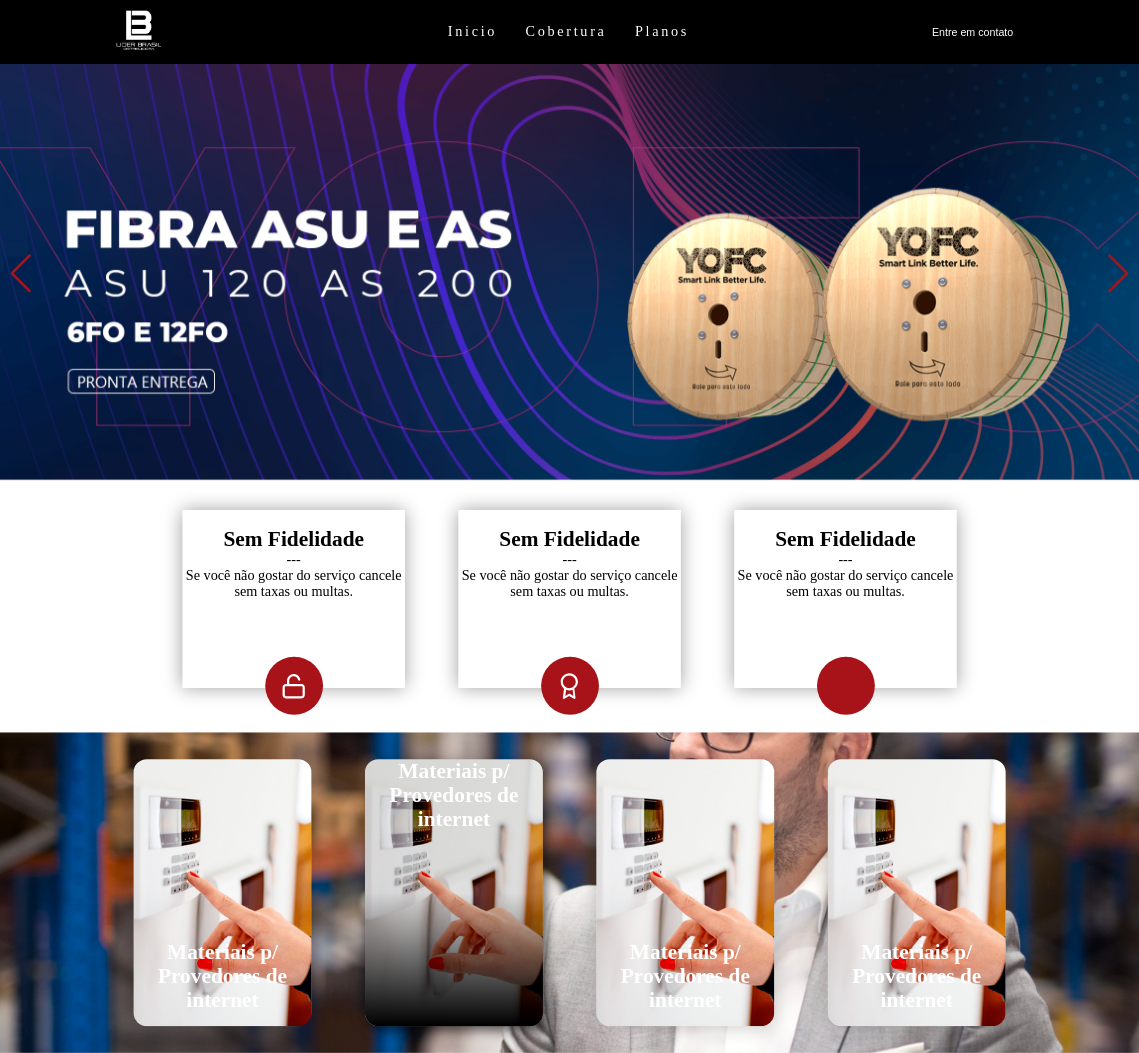
Repository: mateus-henrique-silva/Novo_institucional_lider
Page: index.html
The author's editor kept a copy of each file at every save. The page is drawn from the files as they stood at one save, then again after the next save.
The browser window is 1280 px wide. The pictures show the whole page, at 89% of full size.
Backgrounds fixed to the window are drawn as part of the page. Some web fonts or font styles are not loaded; a fallback is used.

Above is the page before, as saved 2022-09-06 10:21:12.
Console error: SyntaxError: Identifier 'MobileNavbar' has already been declared

### index.html
<!DOCTYPE html>
<html lang="en">
  <head>
    <meta charset="UTF-8" />
    <meta http-equiv="X-UA-Compatible" content="IE=edge" />
    <meta name="viewport" content="width=device-width, initial-scale=1.0" />
    <meta
      name="viewport"
      content="width=device-width, user-scalable=yes, initial-scale=1.0, maximum-scale=10, minimum-scale=1.0"
    />
    <link rel="stylesheet" href="./src/CSS/Global.css" />
    <link rel="stylesheet" href="./src/CSS/Header/style.css" />
    <link rel="stylesheet" href="./src/CSS/Main/style.css" />
    <link rel="stylesheet" href="./src/CSS/Main/Carousel/styles.css" />
    <link rel="stylesheet" href="./src/CSS/Main/Box/style.css" />
    <link rel="stylesheet" href="./src/CSS/Main/Products/style.css" />
    <link
      rel="stylesheet"
      href="https://unpkg.com/swiper@8/swiper-bundle.min.css"
    />

    <title>Líder Brasil</title>
  </head>
  <body>
    <header>
      <nav>
        <a class="logo"
          ><img src="./src/Assets/Logo/lb.png" width="50" alt=""
        /></a>
        <div class="mobile-menu">
          <div class="line1"></div>
          <div class="line2"></div>
          <div class="line3"></div>
        </div>
        <ul class="nav-list">
          <li><a href="#network index.html">Inicio</a></li>
          <li><a href="#map-container">Cobertura</a></li>
          <li><a href="#container">Planos</a></li>
        </ul>
        <ul>
          <li style="list-style: none; font-size: 10px">
            <a
              href="#"
              style="
                font-size: 12px;
                padding: 10px;
                font-family: arial;
                color: white;
              "
              onclick="openForm()"
              class="contact-header"
              >Entre em contato</a
            >
          </li>
        </ul>
      </nav>
    </header>
    <main>
      <section>
        <div class="swiper">
          <div class="swiper-wrapper">
            <div class="swiper-slide">
              <div class="project-img">
                <img
                  src="./src/Assets/img/carrossel/desktop/drop-desktop.png"
                  alt="Foto 01"
                />
              </div>
              <div class="project-img" id="mobile-img">
                <img
                  src="./src/Assets/img/carrossel/mobile/drop-mobile.png"
                  alt="Foto 03"
                />
              </div>
            </div>
            <div class="swiper-slide">
              <div class="project-img">
                <img
                  src="./src/Assets/img/carrossel/desktop/escada-desktop.png"
                  alt="Foto 01"
                />
              </div>
              <div class="project-img" id="mobile-img">
                <img
                  src="./src/Assets/img/carrossel/mobile/escada-mobile.png"
                  alt="Foto 03"
                />
              </div>
            </div>
            <div class="swiper-slide">
              <div class="project-img">
                <img src="./src/Assets/img/teste6.png" alt="Foto 01" />
              </div>
              <div class="project-img" id="mobile-img">
                <img src="./src/Assets/img/foto_03.png" alt="Foto 03" />
              </div>
            </div>
          </div>
          <div class="swiper-button-next"></div>
          <div class="swiper-button-prev"></div>
          <div class="swiper-pagination"></div>
        </div>
      </section>
      <section>
        <div class="section-box">
          <!-- card 1 -->

          <ul>
            <li class="box">
              <div class="box-inter">
                <h1>Sem Fidelidade</h1>
                <p>---</p>

                <p>
                  Se você não gostar do serviço cancele sem taxas ou multas.
                </p>
              </div>

              <div class="obj">
                <img
                  src="./src/Assets/img/icons/unlock.svg"
                  alt="arrowup"
                  srcset=""
                />
              </div>
            </li>
            <!-- card 2 -->
            <li class="box">
              <div class="box-inter">
                <h1>Sem Fidelidade</h1>
                <p>---</p>

                <p>
                  Se você não gostar do serviço cancele sem taxas ou multas.
                </p>
              </div>

              <div class="obj">
                <img
                  src="./src/Assets/img/icons/award.svg"
                  alt="arrowup"
                  srcset=""
                />
              </div>
            </li>
            <!-- card 3 -->
            <li class="box">
              <div class="box-inter">
                <h1>Sem Fidelidade</h1>
                <p>---</p>

                <p>
                  Se você não gostar do serviço cancele sem taxas ou multas.
                </p>
              </div>

              <div class="obj">
                <img
                  src="./src/Assets/img/icons/chevrons-up.svg"
                  alt="arrowup"
                  srcset=""
                />
              </div>
            </li>
          </ul>
        </div>
      </section>

      <section>
        <div class="background">
          <img
            class="img"
            src="./src/Assets/img/icons/aBlack.svg"
            alt=""
            srcset=""
          />

          <ul>
            <li>
              <div class="products">
                <button>text</button>
                <div>
                  <h2>Materiais p/ Provedores de internet</h2>
                </div>

              </div>
            </li>

            <li>

              <div class="products">
                <div class="back-radient">
                <button>text</button>
                <div>
                  <h2>Materiais p/ Provedores de internet</h2>
                </div>

              </div>
            </div>
            </li>

            <li>
              <div class="products">
                <button>text</button>
                <div>
                  <h2>Materiais p/ Provedores de internet</h2>
                </div>

              </div>
            </li>
            <li>
              <div class="products">
                <button>text</button>
                <div>
                  <h2>Materiais p/ Provedores de internet</h2>
                </div>

              </div>
            </li>
          </ul>
        </div>
      </section>
    </main>
    <footer></footer>
    <script src="https://unpkg.com/swiper@8/swiper-bundle.min.js"></script>
    <script src="./src/Scripts/Carousel/scripts.js"></script>
    <script src="./src/Scripts/Mobile/scripts.js"></script>
    <script src="./src/Scripts/Global.js"></script>
  </body>
</html>

### src/CSS/Global.css
@import url("https://fonts.googleapis.com/css2?family=Montserrat:ital,wght@0,100;0,200;0,300;0,400;0,500;0,600;0,700;0,800;0,900;1,100;1,200;1,300;1,400;1,500;1,600;1,700;1,800;1,900&family=Source+Serif+Pro:ital,wght@0,200;0,300;0,400;0,600;0,700;0,900;1,200;1,300;1,400;1,600;1,700;1,900&display=swap");

* {
  font-family: 'Source Serif Pro', serif;
  margin: 0;
  padding: 0;
  border: 0;

}


body{

}

### src/CSS/Header/style.css
header {
  width: 100%;
  background-color: black;
  margin-top: 0;
}
a {
  color: black;
  text-decoration: none;
  transition: 0.3s;
}

a:hover {
  opacity: 0.7;
}

.logo {
  align-items: center;
  width: 6%;

  text-transform: uppercase;
  letter-spacing: 4px;
}

.logo h1 {
  font-size: 12px;
}

nav {
  display: flex;
  z-index: 1;

  width: 100%;
  margin-top: 0;

  justify-content: space-around;
  align-items: center;
  background-color: black;
  height: 10vh;
}

.nav-list {
  text-align: center;
  justify-content: center;
  list-style: none;
  display: flex;
  z-index: 1;
}

.nav-list li {
  letter-spacing: 3px;
  margin-left: 32px;
}
.nav-list li a {
  color: white;
}
.nav-list li a:hover {
  color: #ff073b;
}

.mobile-menu {
  display: none;
  margin-left: 80px;
  cursor: pointer;
}

.mobile-menu div {
  transition: 0.3s;

  width: 32px;
  height: 2px;
  background: white;
  margin: 8px;
}

@media (max-width: 950px) {
  body {
    overflow-x: hidden;
  }

  .nav-list {
    position: absolute;
    top: 7vh;
    right: 0;
    width: 100vw;
    height: 100vh;
    background-color: white;
    flex-direction: column;
    color: white;
    /* align-items: center; */
    display: none;
    justify-content:flex-start;
    transition: 0.4s ease-in;
    /* justify-content: space-around; */
    transform: translateX(100%);
  }

  .nav-list li {
    margin-top:100px;
    margin-left: 0;
    opacity: 0;
  }

  .mobile-menu {
    display: block;
  }
  .contact-header {
    display: none;
  }

  .logo {
    margin-left:10px;
    width: 60%;
  }
}

.nav-list.active {
  transition: 0.3s;
  overflow-y: hidden;
  position: fixed;
  z-index: 10000;
  background-color: black;
  transform: translateX(0);
  display: flex;
}

.nav-list.active li {
  color: white!important;
  font-weight:bold;
}

.nav-list.active li {
  color: white;
}

@keyframes navLinkFade {
  from {
    opacity: 0;
    transform: translateX(50px);
  }

  to {
    opacity: 1;
    transform: translateX(0);
  }
}

.mobile-menu.active .line1 {
  transform: rotate(-45deg) translate(-8px, 8px);
}

.mobile-menu.active .line2 {
  opacity: 0;
}

.mobile-menu.active .line3 {
  transform: rotate(45deg) translate(-5px, -7px);
}

### src/CSS/Main/style.css
main{
    width: 100%;
    height: 100%;

    max-width: 100vw;
}


section{

    width: 100%;
    max-width: 100vw;
    height: 100%;
}


ul li {
    list-style: none;
}

### src/CSS/Main/Carousel/styles.css
.swiper {
    height: 100%!important;

  }

  .swiper-slide {
    text-align: center;
    display: flex;
    height: 100%!important;
    align-items: center;
    justify-content: center;
  }

  @media (max-width: 450px) {
    .swiper {
      height: 270px;
    }

    .project-img img{
      width: 100%;
      height: 100%!important;
    }
  }

  .project-img img{
    width: 100%;
    /* height: 80vh; */
  }



  .swiper-pagination-bullet{
    color: white !important;
    /* margin-top:-10px!important; */
    background-color:white !important;
  }

  /*
    largura => 3840
    Altura => 420

  */


  .swiper-button-next:after, .swiper-button-prev:after{
    color:#a71319 !important;
  }

  #mobile-img{
    display: none;
  }


  @media(max-width:999px){
    #mobile-img{
      display: block!important;
    }


    .project-img{
      display:none;
    }
  }


.menu{
  display:flex;
  flex-direction:column;
}

### src/CSS/Main/Box/style.css
.section-box {
  width: 100%;

  justify-content: center;
  align-items: center;
  display: flex;
}

.box {
  display: flex;
  flex-direction: column;
  /* justify-content: center; */

  justify-content: flex-end;
  align-items: center;
  height: 100%;
  margin: 30px;
  margin-bottom: 20px;
  /* width: 100%; */
  /* background-color: red; */
}

@media (max-width: 770px) {
  .section-box {
    width: 100%;
    justify-content: space-around;
    flex-direction: column;
    display: flex;
  }

  .box-inter {
    background-color: white;
    height: 100px;
    width: 200px;
    /* width: 100%; */
  }
}

@media (max-width: 480px) {
  .box-inter {
    height: 170px !important;
    width: 170px !important;
    /* width: 100%; */
  }

  .obj {
    height: 45px !important;

    margin-top: -35px;
    width: 45px !important;
  }

  .obj img {
    width: 20px !important;
  }
}

.box-inter {
  background-color: white;
  height: 200px;
  width: 250px;
  -webkit-box-shadow: 0px 0px 20px 0px rgba(0, 0, 0, 0.37);
  box-shadow: 0px 0px 20px 0px rgba(0, 0, 0, 0.37);
  display: flex;

  flex-direction: column;
  align-items: center;
  text-align: center;

  /* width: 100%; */
}

.box-inter h1 {
  margin-top: 20px;
  font-size: clamp(1em, 1em + 1vw, 1.5em);
}

.box p {
  font-size: clamp(1em, 1em + 0.5vw, 0.5em);
}
.obj {
  background-color: #a71319;
  height: 65px;

  border-radius: 50%;
  display: flex;
  align-items: center;
  justify-content: center;
  margin-top: -35px;
  width: 65px;
}

.obj img {
  width: 30px;
}

.section-box ul {
  display: flex;
  overflow-x: auto;
  width: 100%;
  justify-content: center;
  scroll-behavior: smooth;
}

.section-box .img-arrow {
  display: none;
}

@media (max-width: 600px) {
  .section-box .img-arrow {
    display: flex;
    justify-content: flex-end;

    animation: mymove 0.8s infinite;
  }
  .section-box ul {
    display: flex;
    overflow-x: auto;
    width: 100%;
    justify-content: flex-start;
    scroll-behavior: smooth;
  }
  @keyframes mymove {
    from {
      left: 280px;
    }
    to {
      left: 300px;
    }
  }
}

### src/CSS/Main/Products/style.css
.background {
  width: 100%;
  background: url("../../../Assets/img/Background/medio.jpg") no-repeat center
    fixed;
  height: 100%;
  display: flex;
  justify-content: space-around;
  justify-content: center;
  align-items: center;
}
.background ul {
  display: flex;
  overflow-x: auto;
  overflow-y: hidden;
  scroll-behavior: smooth;
  /* width: 100px; */
}
.background img {
  display: none;
}

.background ul li .products .img {
  display: flex;
}

.products {
  margin: 30px;
  background: url("../../../Assets/img/Background/products/alarme.png")
    no-repeat center;
    border-radius:15px;

  background-size: 100%;
  justify-content: flex-end;
  height: 300px;
  width: 200px;
  -webkit-box-shadow: 0px 0px 20px 0px rgba(0, 0, 0, 0.2) !important;
  box-shadow: 0px 0px 20px 0px rgba(0, 0, 0, 0.2) !important;
  background-color: white;
  display: flex;
  text-align: center;
  flex-direction: column;
  align-items: center;
  box-sizing: border-box;
  transition: 0.5s;
}

.products div h2 {
  margin-bottom: 15px;
   color:white;
  transition:2s;
}
.products:hover {
  justify-content: center;
  transition:2s;
}
.products:hover div h2 {

  display: none;
}
@media (max-width: 600px) {
  .background .img {
    position: absolute;
    margin-top: 170px;
    display: flex;
    justify-content: flex-end;
    animation: mymove 0.8s infinite;
  }

  @keyframes mymove {
    from {
      left: 280px;
    }
    to {
      left: 300px;
    }
  }
}

.products button {
  background-color: black;
  display: none;
  color: white;
  cursor: pointer;
  transition: 0.7s;
  padding: 8px 25px 8px;
}

.products:hover button {
  background-color: black;
  display: flex;

  color: white;
  cursor: pointer;
  padding: 8px 25px 8px;
}
.back-radient{
  width: 100%;
height: 100%;



background: linear-gradient(180deg, rgba(0, 0, 0, 0.0962963) 50%, #000000 100%);
box-shadow: 5px 6px 11px rgba(0, 0, 0, 0.45);
border-radius: 15px;
}

### src/Scripts/Mobile/scripts.js
class MobileNavbar{


    constructor(mobileMenu, navList, navLinks){
        this.mobileMenu = document.querySelector(mobileMenu);
        this.navList = document.querySelector(navList);
        this.navLinks = document.querySelectorAll(navLinks);
        this.activeClass = "active";
        this.hadleClick =  this.hadleClick.bind(this);


    }

    animateLinks(){
        this.navLinks.forEach((link, index)=>{

            var calc = index/7+0.3;


            link.style.animation
            ?(link.style.animation="")
            :(link.style.animation= `navLinkFade 0.5s ease forwards ${calc}s`);


        });


    }


    hadleClick(){


        this.navList.classList.toggle(this.activeClass);
        this.mobileMenu.classList.toggle(this.activeClass);
        this.animateLinks();
    }

    addClickEvent(){
        this.mobileMenu.addEventListener("click", this.hadleClick);


    }

    init(){

        if(this.mobileMenu){

            this.addClickEvent();
        }
        return this;
    }
    }



    const mobileNavbar = new MobileNavbar(

        ".mobile-menu",

        ".nav-list",

        ".nav-list li",


        );


    mobileNavbar.init();

### src/Scripts/Global.js
document.onmousedown=disableclick;
function disableclick(event)
{
  if(event.button==2)
   {
     return false;
   }
}

### src/Assets/img/icons/award.svg
<?xml version="1.0" encoding="utf-8"?>
<!-- Generator: Adobe Illustrator 24.0.1, SVG Export Plug-In . SVG Version: 6.00 Build 0)  -->
<svg version="1.1" id="Camada_1" xmlns="http://www.w3.org/2000/svg" xmlns:xlink="http://www.w3.org/1999/xlink" x="0px" y="0px"
	 viewBox="0 0 24 24" style="enable-background:new 0 0 24 24;" xml:space="preserve">
<style type="text/css">
	.st0{fill:#FFFFFF;}
</style>
<path class="st0" d="M19.5,8.1c0-4.3-3.5-7.7-7.7-7.7S4,3.9,4,8.1c0,2.5,1.2,4.7,3,6.1l-1.1,8.3c0,0.4,0.1,0.7,0.4,0.9
	c0.3,0.2,0.7,0.2,1,0l4.3-2.6l4.3,2.6c0.2,0.1,0.3,0.1,0.5,0.1c0.2,0,0.4-0.1,0.5-0.2c0.3-0.2,0.5-0.6,0.4-0.9l-1.1-8.3
	C18.3,12.8,19.5,10.6,19.5,8.1z M5.9,8.1c0-3.2,2.6-5.8,5.8-5.8s5.8,2.6,5.8,5.8s-2.6,5.8-5.8,5.8S5.9,11.3,5.9,8.1z M15.4,20.8
	l-3.1-1.9c-0.3-0.2-0.7-0.2-1,0l-3.1,1.9l0.7-5.5c0.9,0.4,1.9,0.6,2.9,0.6c1,0,2-0.2,2.9-0.6L15.4,20.8z"/>
</svg>

### src/Assets/img/icons/chevrons-up.svg
<svg xmlns="http://www.w3.org/2000/svg" width="24" height="24" viewBox="0 0 24 24" fill="none" stroke="" stroke-width="2" stroke-linecap="round" stroke-linejoin="round" class="feather feather-chevrons-up"><polyline points="17 11 12 6 7 11"></polyline><polyline points="17 18 12 13 7 18" color="white"></polyline></svg>

After the next save:
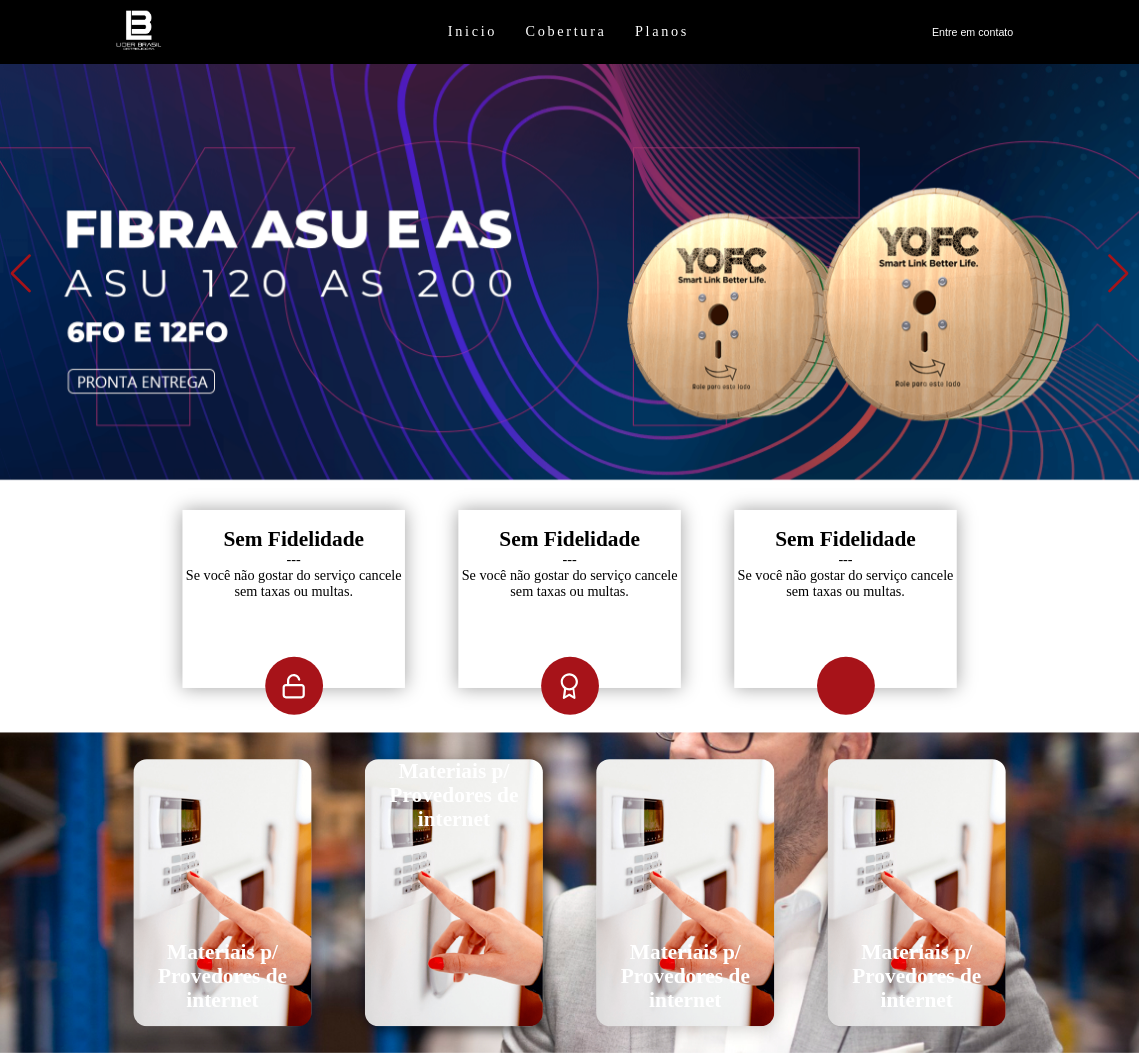
Saved 40 s later.
--- a/src/CSS/Main/Products/style.css
+++ b/src/CSS/Main/Products/style.css
@@ -97,7 +97,7 @@
   width: 100%;
 height: 100%;
 
-
+displ
 
 background: linear-gradient(180deg, rgba(0, 0, 0, 0.0962963) 50%, #000000 100%);
 box-shadow: 5px 6px 11px rgba(0, 0, 0, 0.45);
